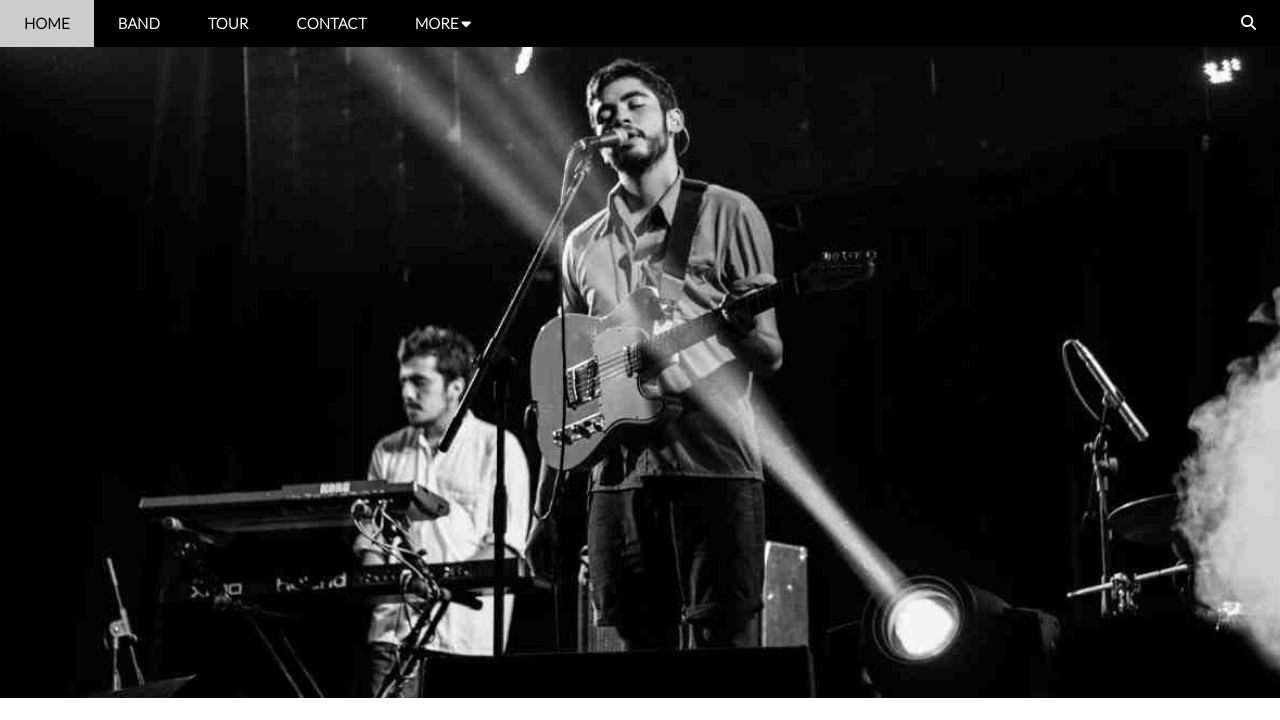
Repository: vanmanhAI/project-03-w3
Page: index.html
The author's editor kept a copy of each file at every save. The page is drawn from the files as they stood at one save, then again after the next save.
The browser window is 1280 px wide. The pictures show the whole page.
Some web libraries are served in a nearby version.

Above is the page before, as saved 2022-07-09 21:58:34.

After the next save:
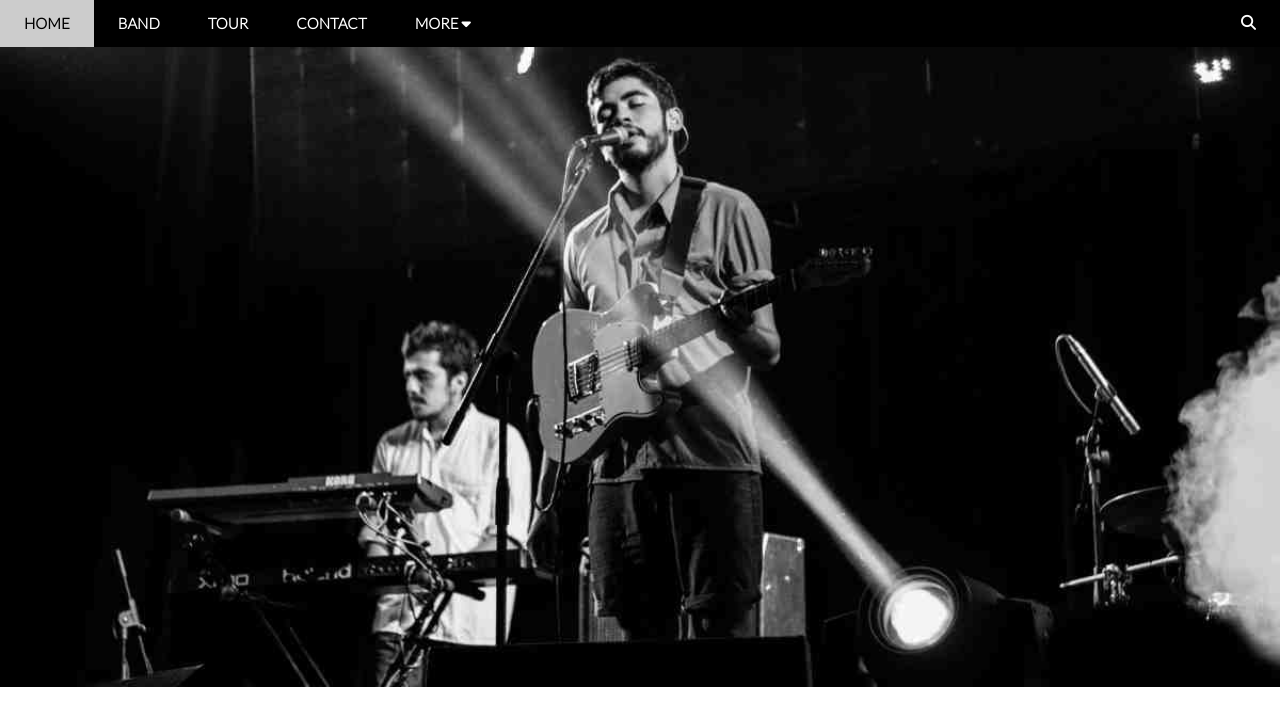
Saved 4 s later.
--- a/index.html
+++ b/index.html
@@ -36,7 +36,8 @@
         </div>
 
         <div id="slider">
-            h3.name-slider+b.desc
+            <h3 class="name-slider"></h3>
+            <b class="desc-slider"></b>
         </div>
 
         <div id="content"></div>
